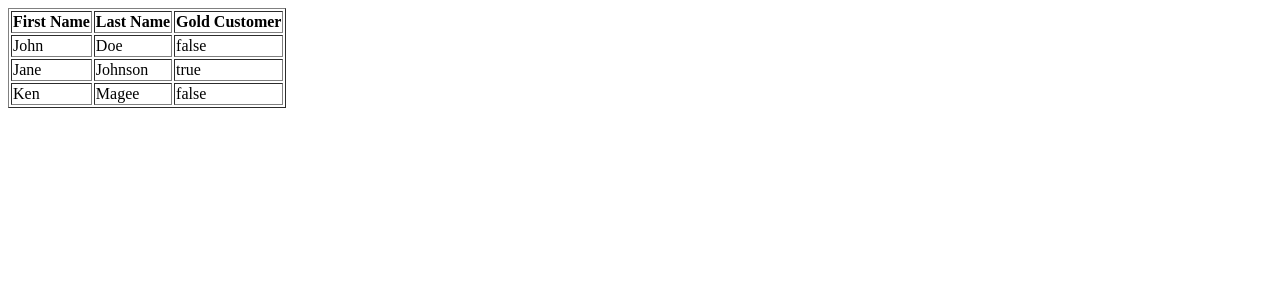
Repository: KMagee/JSP_Course
Page: http://localhost/tagdemo/if-student-test2.jsp
An editor plug-in stored every save of this project. The page is shown before and after the next save, followed by the edit.
The browser window is 1280 px wide. The pictures show the whole page.
The page is served by Tomcat 9.

Above is the page before, as saved 2017-11-05 00:21:03.

### tagdemo/WebContent/if-student-test2.jsp
<%@ page language="java" contentType="text/html; charset=ISO-8859-1"
    pageEncoding="ISO-8859-1"%>
<%@ taglib uri="http://java.sun.com/jsp/jstl/core" prefix="c" %>

<%@ page import ="java.util.*,com.luv2code.jsp.tagdemo.Student" %>

<!DOCTYPE html PUBLIC "-//W3C//DTD HTML 4.01 Transitional//EN" "http://www.w3.org/TR/html4/loose.dtd">
<html>
<head>
<meta http-equiv="Content-Type" content="text/html; charset=ISO-8859-1">
<title>Insert title here</title>
</head>

<%
//THIS SCRIPLET IS JUST TO SET UP SOME SAMPLE DATA, NORMALLY DONE BY AN MVC SYSTEM
//USE TAGS INSTEAD OF SCRIPLETS IN JSP FILES

//array list of students
List<Student> data = new ArrayList<>();

data.add(new Student("John", "Doe", false));
data.add(new Student("Jane", "Johnson", true));
data.add(new Student("Ken", "Magee", false));

pageContext.setAttribute("myStudents", data);

%>

<body>

<table border ="1">

<tr>

<th>First Name</th>
<th>Last Name</th>
<th>Gold Customer</th>

</tr>


<c:forEach var="tempStudent" items="${myStudents}">


<!-- getters will be used in the background to get the first and last name -->

<tr>
<td>${tempStudent.firstName}</td>
<td>${tempStudent.lastName}</td>
<td>${tempStudent.goldCustomer}</td>

</tr>

</c:forEach>

</table>




</body>
</html>

### tagdemo/src/com/luv2code/jsp/tagdemo/Student.java
package com.luv2code.jsp.tagdemo;

public class Student {

	private String firstName;
	private String lastName;
	private boolean goldCustomer;


	//CONSTRUCTOR -- ALLOWS YOU TO SET VARIABLES AS SOON AS YOU CREATE AN OBJECT INSTANCE, INSIDE THE
	//ARGUMENTS OF THE OBJECT
	// student newStudent =  new Student(add the details here instead of using setters
	public Student(String firstName, String lastName, boolean goldCustomer) {
		super();
		this.firstName = firstName;
		this.lastName = lastName;
		this.goldCustomer = goldCustomer;
	}


	//GETTERS AND SETTERS

	public String getFirstName() {
		return firstName;
	}


	public void setFirstName(String firstName) {
		this.firstName = firstName;
	}


	public String getLastName() {
		return lastName;
	}


	public void setLastName(String lastName) {
		this.lastName = lastName;
	}


	public boolean isGoldCustomer() {
		return goldCustomer;
	}


	public void setGoldCustomer(boolean goldCustomer) {
		this.goldCustomer = goldCustomer;
	}


}

After the next save:
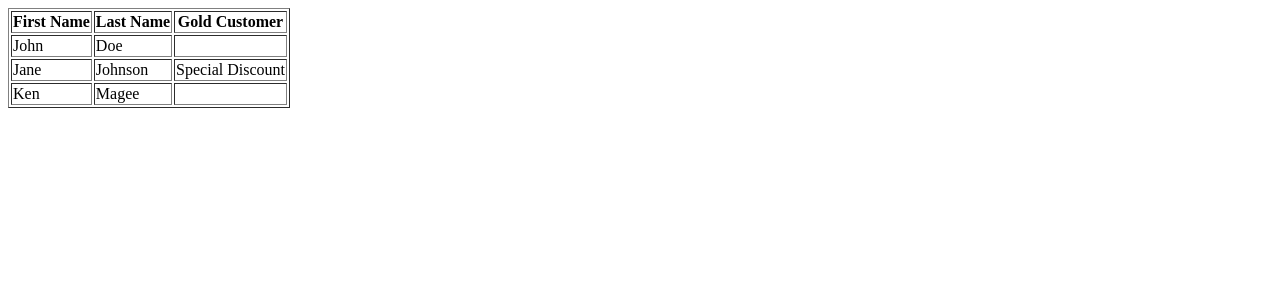
Saved 5 min 44 s later.
--- a/tagdemo/WebContent/if-student-test2.jsp
+++ b/tagdemo/WebContent/if-student-test2.jsp
@@ -47,8 +47,11 @@ pageContext.setAttribute("myStudents", data);
 <tr>
 <td>${tempStudent.firstName}</td>
 <td>${tempStudent.lastName}</td>
-<td>${tempStudent.goldCustomer}</td>
-
+<td>
+	<c:if test="${tempStudent.goldCustomer}">
+			Special Discount
+			</c:if>
+	</td>
 </tr>
 
 </c:forEach>
